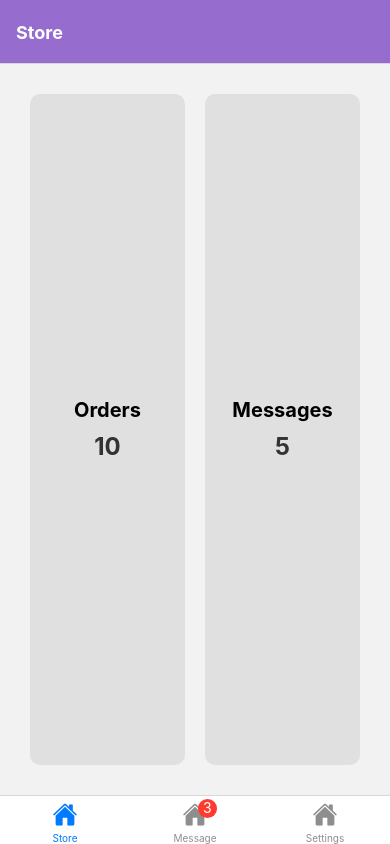
Repository: Waikato153/AwesomeProject
Screen: /
An editor plug-in stored every save of this project. The screen is shown before and after the next save, followed by the edit.
The app was drawn by React Native's web renderer in a window 390 px wide. The project was rebuilt for these pictures with package versions that can differ from the ones it lists, and the page was loaded fresh each time.

Above is the screen before, as saved 2024-02-28 21:44:33.

### App.js
import * as React from 'react';
import { Text, View, StyleSheet} from 'react-native';
import { NavigationContainer } from '@react-navigation/native';
import { createBottomTabNavigator } from '@react-navigation/bottom-tabs';
import { Ionicons } from '@expo/vector-icons';

import HomeScreen from './screens/HomeScreen';

function SettingsScreen() {
  return (
    <View style={{ flex: 1, justifyContent: 'center', alignItems: 'center' }}>
      <Text>Settings!</Text>
    </View>
  );
}


const styles = StyleSheet.create({
  container: {
    flex: 1,
    justifyContent: 'center',
    backgroundColor: 'white',
    alignItems: 'center',
    padding: 8,
  },
  paragraph: {
    margin: 24,
    fontSize: 18,
    fontWeight: 'bold',
    textAlign: 'center',
  },
});

const Tab = createBottomTabNavigator();

function MyTabs() {
  return (

    <Tab.Navigator
      screenOptions={{
        tabBarIcon: ({ color, size }) => (
          <Ionicons name="home" color={color} size={size} />
        ),
        headerStyle: {
          backgroundColor: '#966ccf',
        },
        headerTintColor: '#fff',
        headerTitleStyle: {
          fontWeight: 'bold',
        },
      }}
    >
      <Tab.Screen
        name="Store"
        component={HomeScreen}

      />
      <Tab.Screen
        name="Message"
        component={SettingsScreen}
        options={{
          tabBarBadge: 3
        }}
      />
      <Tab.Screen
        name="Settings"
        component={SettingsScreen}
      />
    </Tab.Navigator>
  );
}

export default function App() {
  return (
    <NavigationContainer>
      <MyTabs />
    </NavigationContainer>
  );
}

### screens/HomeScreen.js
import React from 'react';
import { View, Text, StyleSheet, ScrollView } from 'react-native';

const HomeScreen = () => {
  return (
    <ScrollView horizontal contentContainerStyle={styles.container}>
      <View style={styles.block}>
        <Text style={styles.title}>Orders</Text>
        <Text style={styles.count}>10</Text>
      </View>
      <View style={styles.block}>
        <Text style={styles.title}>Messages</Text>
        <Text style={styles.count}>5</Text>
      </View>
      {/* Add more blocks as needed */}
    </ScrollView>
  );
};

const styles = StyleSheet.create({
  container: {
    padding: 20,
    flex: 1
  },
  block: {
    flex: 1,
    justifyContent: 'center',
    alignItems: 'center',
    backgroundColor: '#e0e0e0',
    borderRadius: 10,
    padding: 20,
    margin: 10,
  },
  title: {
    fontSize: 20,
    fontWeight: 'bold',
    marginBottom: 10,
  },
  count: {
    fontSize: 24,
    fontWeight: 'bold',
    color: '#333333',
  },
});

export default HomeScreen;

After the next save:
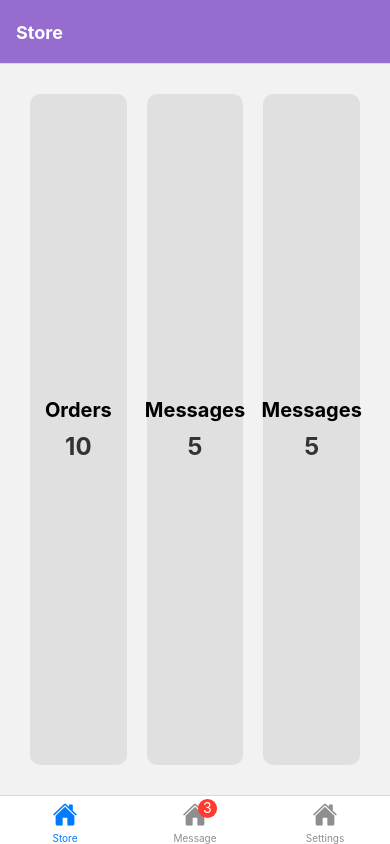
Saved 18 s later.
--- a/screens/HomeScreen.js
+++ b/screens/HomeScreen.js
@@ -12,7 +12,10 @@ const HomeScreen = () => {
         <Text style={styles.title}>Messages</Text>
         <Text style={styles.count}>5</Text>
       </View>
-      {/* Add more blocks as needed */}
+      <View style={styles.block}>
+        <Text style={styles.title}>Messages</Text>
+        <Text style={styles.count}>5</Text>
+      </View>
     </ScrollView>
   );
 };
